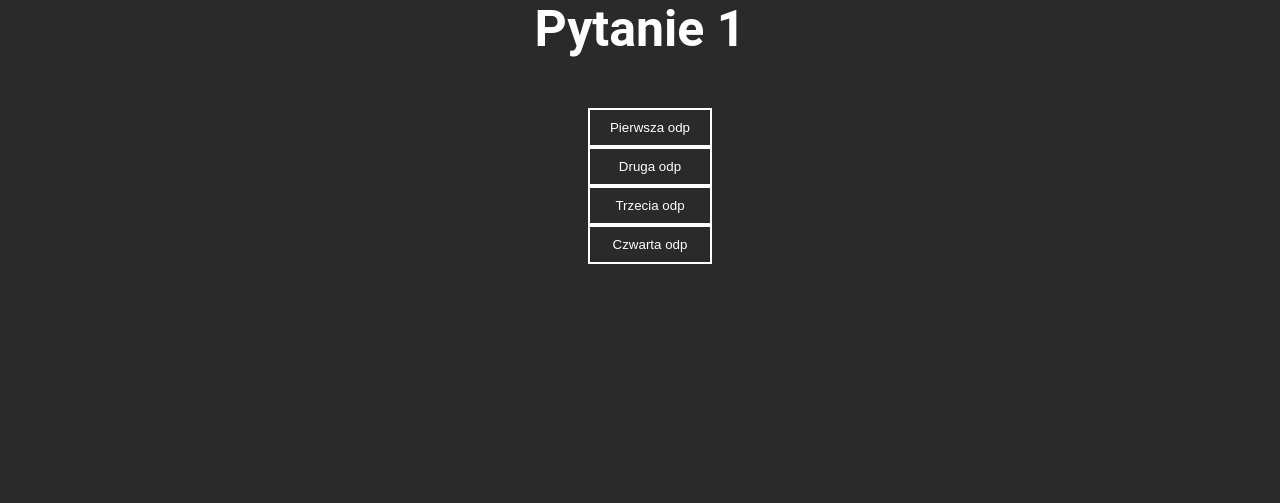
Repository: BaczkiewiczDawid/weatherApp
Page: index.html
These files come from the project's save history. The page is drawn as it stood at one moment and after the next save; the edit follows.
The browser window is 1280 px wide. The pictures show the whole page.

Above is the page before, as saved 2020-02-22 18:31:32.

After the next save:
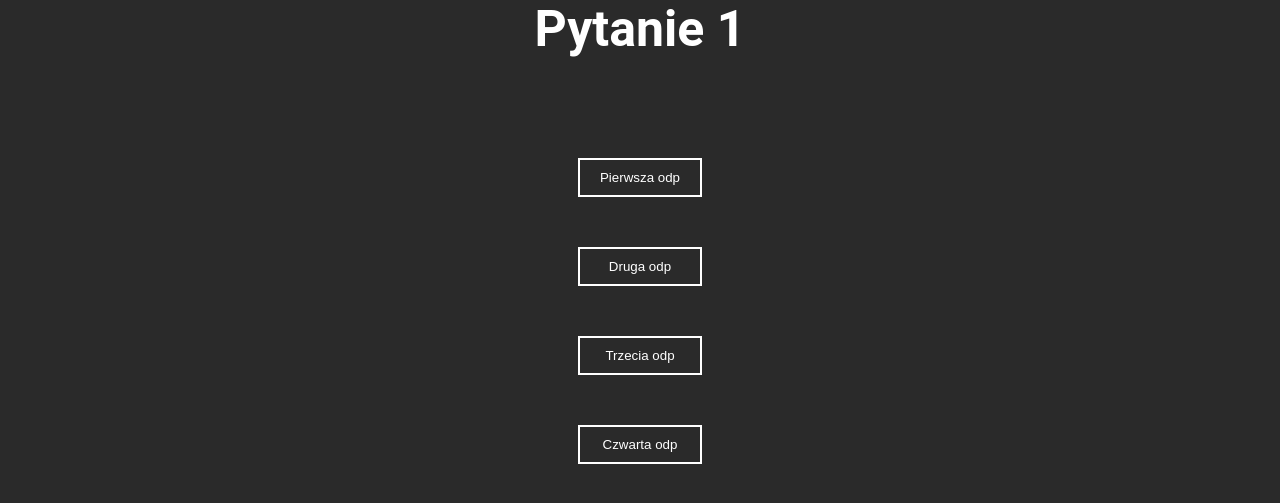
Saved 9 s later.
--- a/style.css
+++ b/style.css
@@ -24,5 +24,5 @@ button {
     color: white;
     border: 2px solid white;
     padding: 10px 20px;
-    margin-left: 20px;
+    margin-top: 50px;
 }
